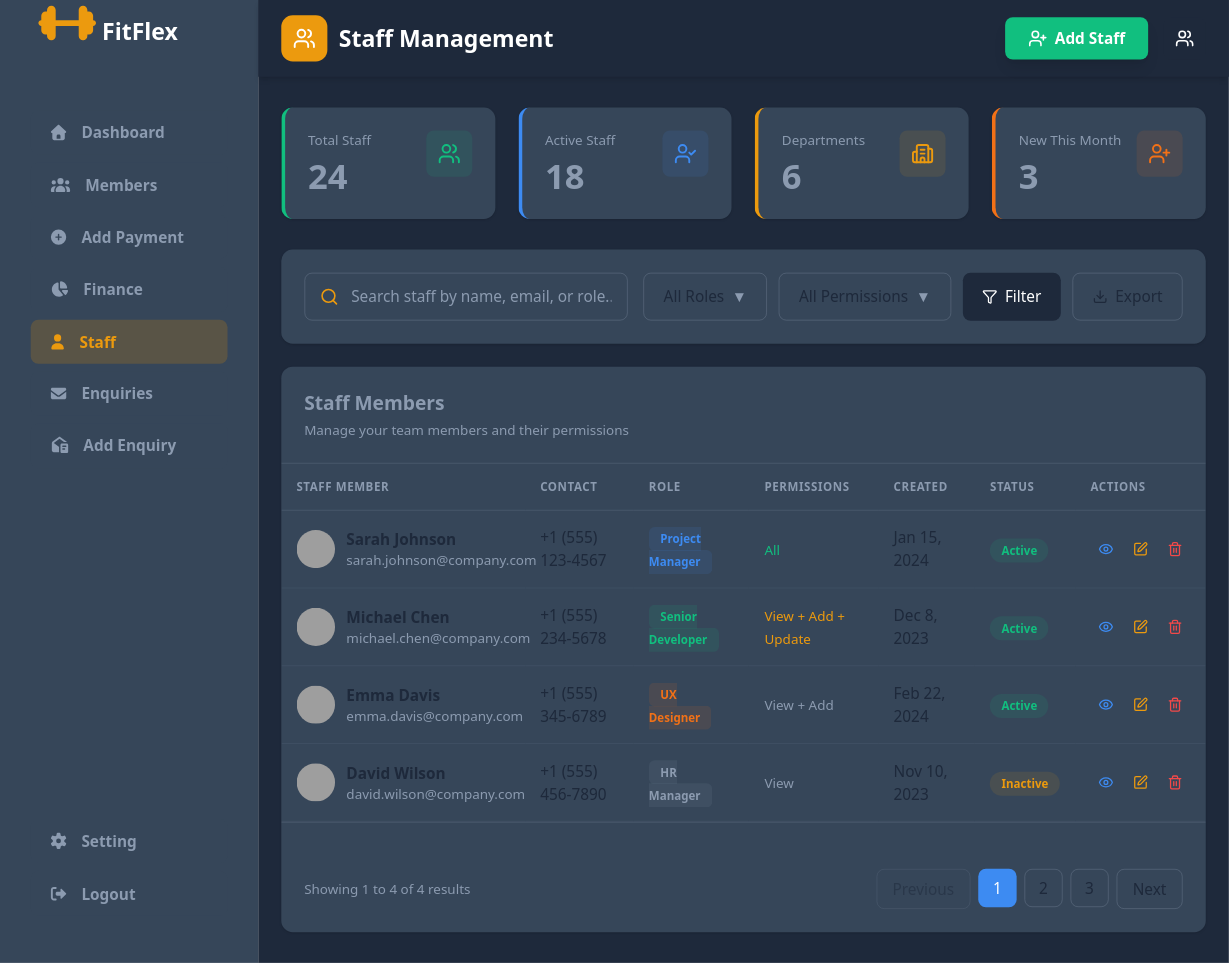
Repository: MuhammadTalhaTaj/gym_management_app_backend
Page: /staff (app in frontend/)
An editor plug-in stored every save of this project. The page is shown before and after a run of saves, followed by the edit.
The browser window is 1280 px wide. The pictures show the whole page, at 96% of full size.
Pictures or frames that could not be fetched are drawn as grey boxes. The project was rebuilt for these pictures with package versions that can differ from the ones it lists, and the page was loaded fresh each time. Also part of the build but not shown: frontend/vite.config.ts, frontend/src/assets/styles/AdminHeader.css, frontend/src/Components/AdminHeader.tsx, frontend/src/assets/styles/AdminDashboard.css, frontend/src/hooks/useDashboardData.ts, frontend/src/assets/styles/AdminDashboardStats.css, frontend/src/Components/AdminDashboardStats.tsx, frontend/src/Components/IncomeExpenseChart.tsx and 30 more.

Above is the page before, as saved 2025-11-21 10:02:25.

After the next 6 saves:
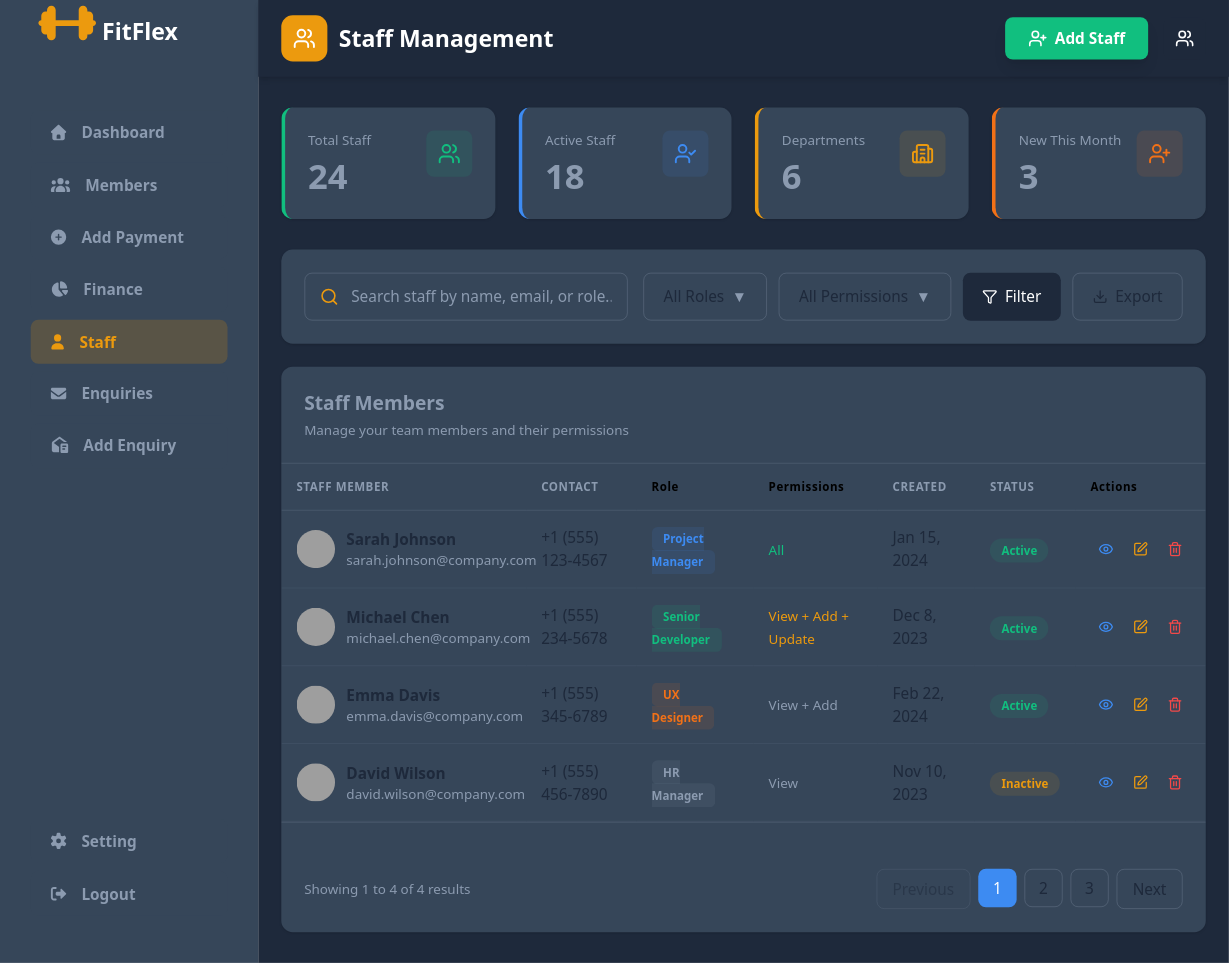
The 6 saves are shown as one change because they came seconds apart.
The last was saved 19 s later.
--- a/frontend/src/pages/Admin/Staff.tsx
+++ b/frontend/src/pages/Admin/Staff.tsx
@@ -162,12 +162,12 @@ const StaffTable = ({ data, onView, onEdit, onDelete }) => (
       <thead>
         <tr className="border-b border-[#8C9BB0]/20">
           <th className="text-left py-4 px-4 text-xs font-semibold text-[var(--primary-300)] uppercase tracking-wider">Staff Member</th>
-          <th className="text-left py-4 px-4 text-xs font-semibold text-[#8C9BB0] uppercase tracking-wider">Contact</th>
-          <th className="text-left py-4 px-4 text-xs font-semibold text-[#8C9BB0] uppercase tracking-wider">Role</th>
-          <th className="text-left py-4 px-4 text-xs font-semibold text-[#8C9BB0] uppercase tracking-wider">Permissions</th>
-          <th className="text-left py-4 px-4 text-xs font-semibold text-[#8C9BB0] uppercase tracking-wider">Created</th>
-          <th className="text-left py-4 px-4 text-xs font-semibold text-[#8C9BB0] uppercase tracking-wider">Status</th>
-          <th className="text-left py-4 px-4 text-xs font-semibold text-[#8C9BB0] uppercase tracking-wider">Actions</th>
+          <th className="text-left py-4 px-4 text-xs font-semibold text-[var(--primary-300)] uppercase tracking-wider">Contact</th>
+          <th className="text-left py-4 px-4 text-xs font-semibold text-[var(--primary-300)]uppercase tracking-wider">Role</th>
+          <th className="text-left py-4 px-4 text-xs font-semibold text-[var(--primary-300)]uppercase tracking-wider">Permissions</th>
+          <th className="text-left py-4 px-4 text-xs font-semibold text-[var(--primary-300)] uppercase tracking-wider">Created</th>
+          <th className="text-left py-4 px-4 text-xs font-semibold text-[var(--primary-300)] uppercase tracking-wider">Status</th>
+          <th className="text-left py-4 px-4 text-xs font-semibold text-[var(--primary-300)]uppercase tracking-wider">Actions</th>
         </tr>
       </thead>
       <tbody>
